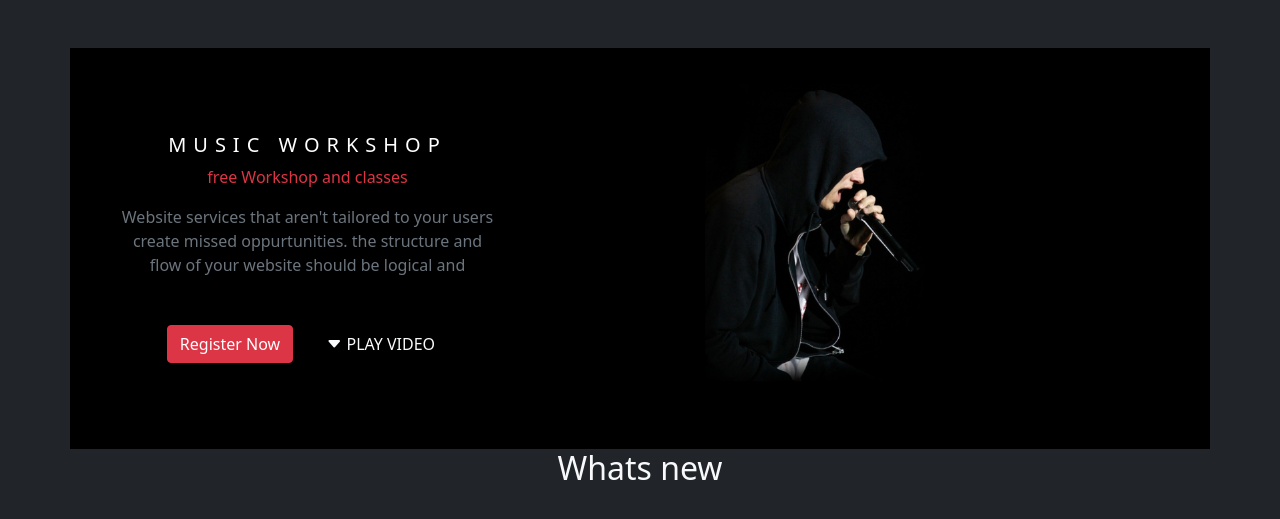
Repository: Eugene44-hub/music-workshop-site
Page: index.html
An editor plug-in stored every save of this project. The page is shown before and after the next save, followed by the edit.
The browser window is 1280 px wide. The pictures show the whole page.
Some web libraries are served in a nearby version.

Above is the page before, as saved 2021-10-22 16:12:10.

After the next save:
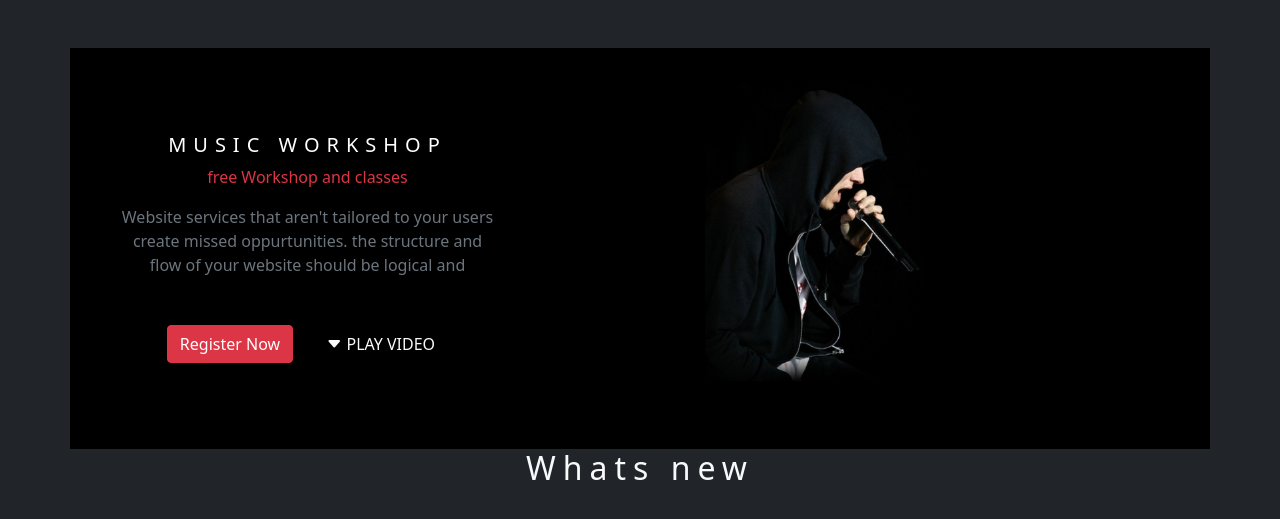
Saved 9 s later.
--- a/style.css
+++ b/style.css
@@ -1,4 +1,5 @@
-#musicheader {
+#musicheader,
+#new {
     letter-spacing: 7px
 }
 
